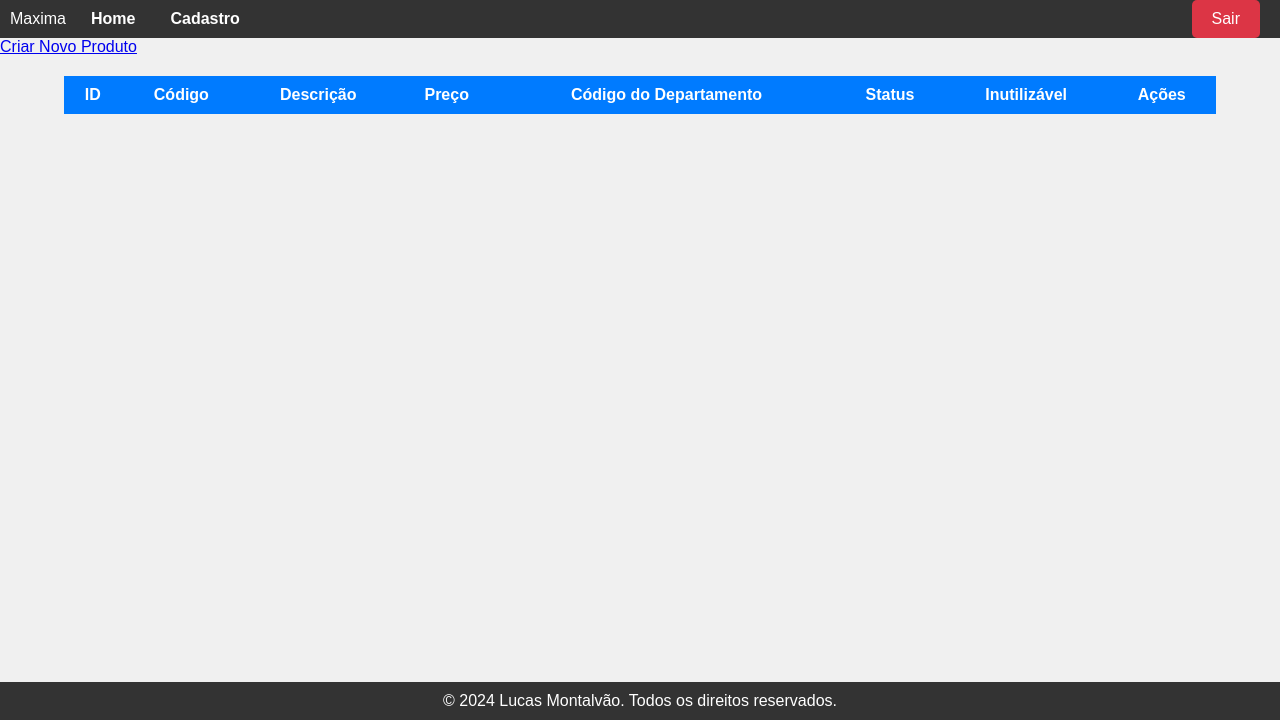
Repository: LucasMontalvao1/ProjetoMaxima
Page: /produto (app in AngularMaxima/)
These files come from the project's save history. The page is drawn as it stood at one moment and after the next save; the edit follows.
The browser window is 1280 px wide. The pictures show the whole page.
The page's requests for data from a server got no answer. The project was rebuilt for these pictures with package versions that can differ from the ones it lists, and the page was loaded fresh each time. No one was signed in, and anything a server would have sent is missing. Also part of the build but not shown: AngularMaxima/angular.json, AngularMaxima/src/app/pages/login/login.component.ts, AngularMaxima/src/app/pages/home/home.component.ts.

Above is the page before, as saved 2024-07-14 19:54:57.

After the next save:
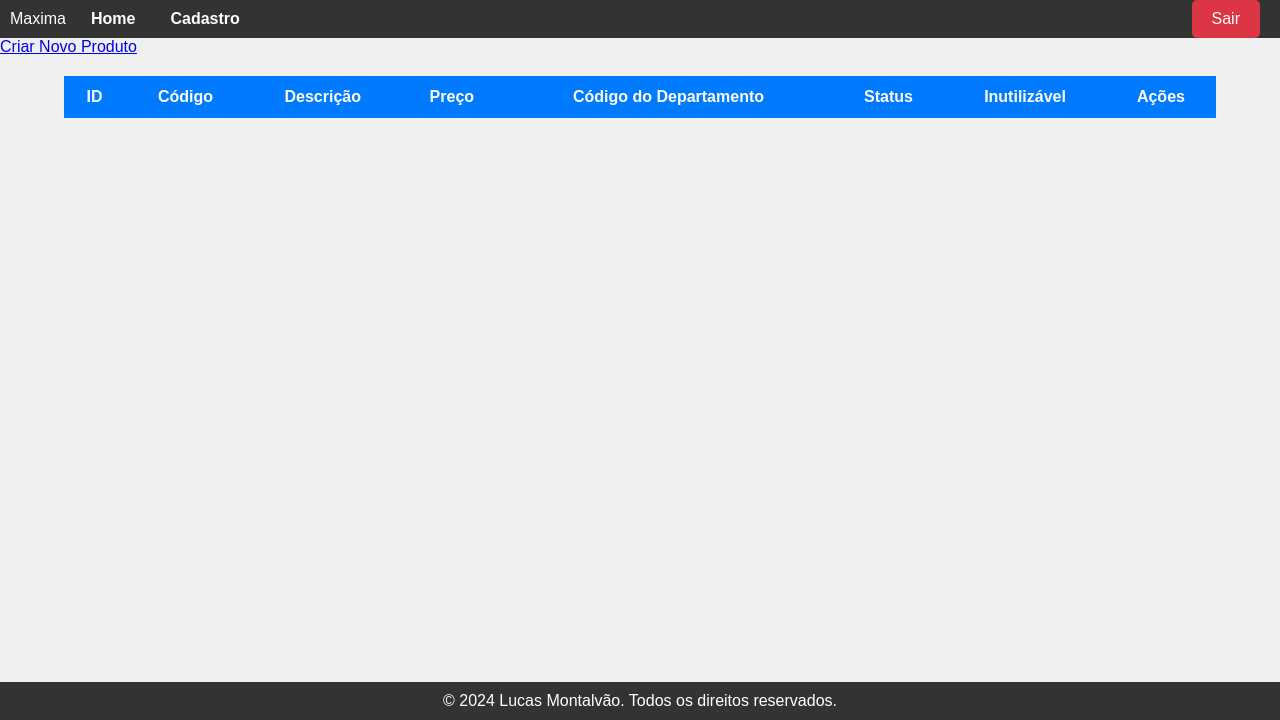
Saved 44 s later.
--- a/AngularMaxima/src/app/pages/produto/produto.component.css
+++ b/AngularMaxima/src/app/pages/produto/produto.component.css
@@ -8,11 +8,11 @@
 
 .table th, .table td {
   text-align: center;
-  padding: 10px;
+  padding: 12px; /* Aumenta o padding para dar mais espaço nos botões */
 }
 
 .table th {
-  background-color: #007BFF; /* Cor de fundo do cabeçalho */
+  background-color: #007BFF; /* Cor azul para o cabeçalho */
   color: white;
   font-size: 16px;
   font-weight: bold;
@@ -23,8 +23,9 @@
 }
 
 .table .btn {
-  border-radius: 5px; /* Borda arredondada para todos os botões */
-  margin-right: 10px;
+  border-radius: 8px; /* Borda arredondada */
+  margin-right: 15px;
+  padding: 10px 16px; /* Aumenta o padding para deixar os botões maiores */
 }
 
 .table .btn-primary {
